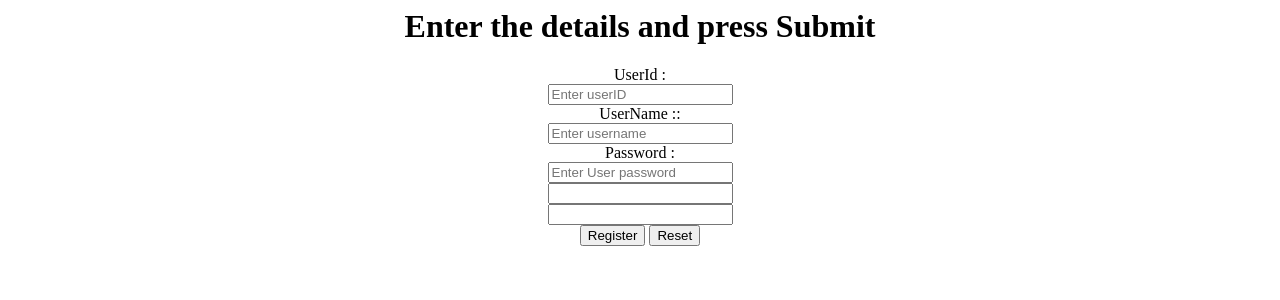
Repository: JamesArul/CLBSiteSTMT
Page: StudentsMeetFrontEnd/WebContent/User/Register.html
These files come from the project's save history. The page is drawn as it stood at one moment and after the next save; the edit follows.
The browser window is 1280 px wide. The pictures show the whole page.

Above is the page before, as saved 2017-05-30 09:07:05.

After the next save:
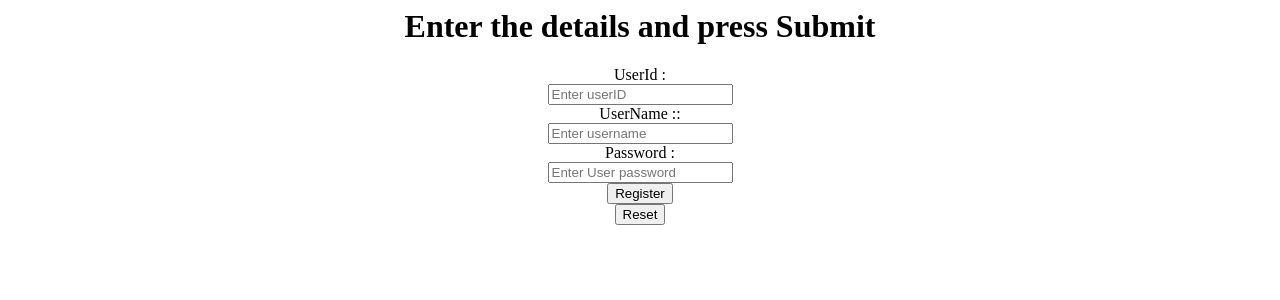
Saved 55 s later.
--- a/StudentsMeetFrontEnd/WebContent/User/Register.html
+++ b/StudentsMeetFrontEnd/WebContent/User/Register.html
@@ -20,9 +20,11 @@
       <input type="text" class="form-control" id="userpassword" placeholder="Enter User password"  ng-model="ctrl.user.userID">
     </div>
   </div>
- <input type="text" ng-model="ctrl.user.userName"><br>
- <input type="password" ng-model="ctrl.user.userPassword"><br>
-<input type="submit" value="Register">
+  <div class="form-group">
+    <div class="col-sm-offset-2 col-sm-10">
+	<input type="submit" value="Register">
+	</div>
+	</div>
 <button type="button" ng-click="ctrl.reset()">Reset</button>
 </form>
 </center>
